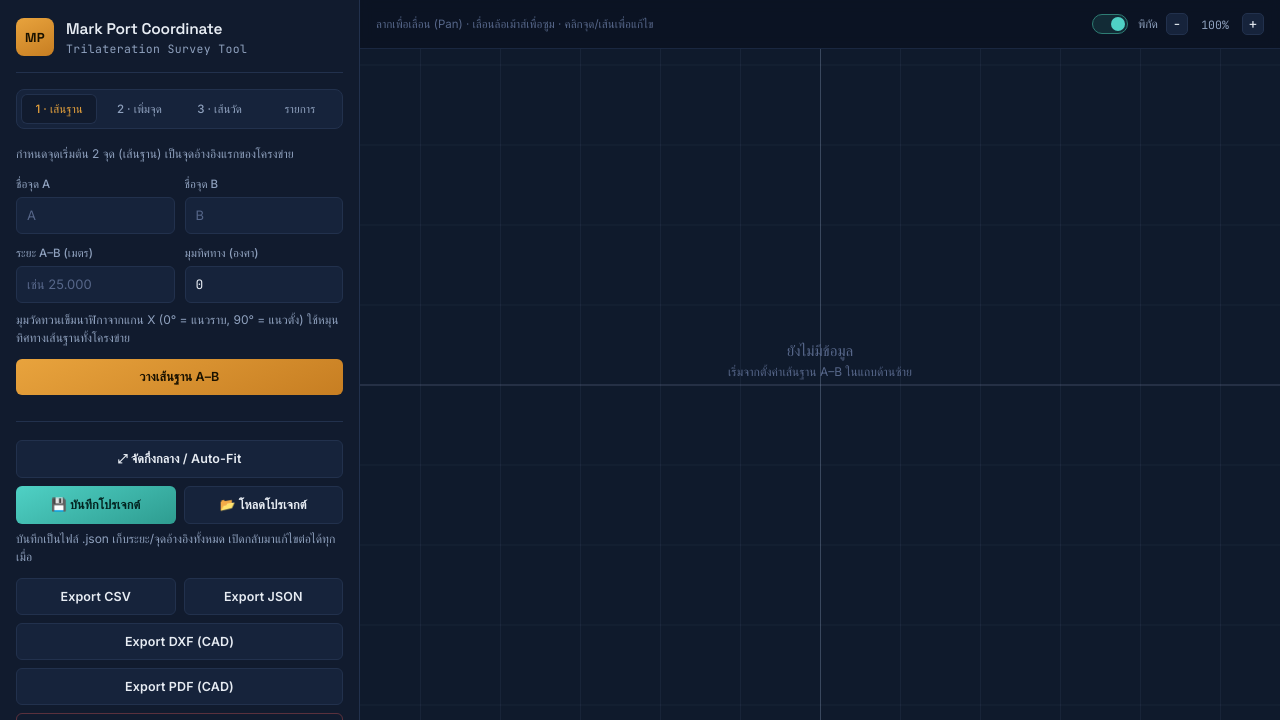
Repository: Artimis2nd/Area
Page: index.html
These files come from the project's save history. The page is drawn as it stood at one moment and after the next save; the edit follows.
The browser window is 1280 px wide. The pictures show the whole page.

Above is the page before, as saved 2026-08-18 16:42:47.

### index.html
<!DOCTYPE html>
<html lang="th">
<head>
<meta charset="UTF-8" />
<meta name="viewport" content="width=device-width, initial-scale=1.0" />
<title>Mark Port Coordinate — Trilateration Survey Tool</title>

<!-- Fonts: Space Grotesk (labels/headings), Inter (UI body), JetBrains Mono (coordinate/data readout) -->
<link rel="preconnect" href="https://fonts.googleapis.com">
<link rel="preconnect" href="https://fonts.gstatic.com" crossorigin>
<link href="https://fonts.googleapis.com/css2?family=Space+Grotesk:wght@500;600;700&family=Inter:wght@400;500;600&family=JetBrains+Mono:wght@400;500;600;700&display=swap" rel="stylesheet">

<link rel="stylesheet" href="css/style.css" />
</head>
<body>

<div class="app">

  <!-- ========================= SIDEBAR ========================= -->
  <aside class="sidebar">

    <header class="brand">
      <div class="brand__mark">MP</div>
      <div class="brand__text">
        <h1>Mark Port Coordinate</h1>
        <p>Trilateration Survey Tool</p>
      </div>
    </header>

    <!-- ---- Tabs ---- -->
    <nav class="tabs" id="tabs">
      <button class="tab is-active" data-tab="setup">1 · เส้นฐาน</button>
      <button class="tab" data-tab="add">2 · เพิ่มจุด</button>
      <button class="tab" data-tab="line">3 · เส้นวัด</button>
      <button class="tab" data-tab="table">รายการ</button>
    </nav>

    <!-- ---- Panel: Step 1 Base line ---- -->
    <section class="panel is-active" data-panel="setup">
      <p class="panel__hint">กำหนดจุดเริ่มต้น 2 จุด (เส้นฐาน) เป็นจุดอ้างอิงแรกของโครงข่าย</p>

      <form id="formBase" class="form">
        <div class="field-row">
          <label class="field">
            <span>ชื่อจุด A</span>
            <input type="text" id="baseNameA" placeholder="A" maxlength="12">
          </label>
          <label class="field">
            <span>ชื่อจุด B</span>
            <input type="text" id="baseNameB" placeholder="B" maxlength="12">
          </label>
        </div>
        <div class="field-row">
          <label class="field">
            <span>ระยะ A–B (เมตร)</span>
            <input type="number" id="baseLength" step="any" min="0.001" placeholder="เช่น 25.000" required>
          </label>
          <label class="field">
            <span>มุมทิศทาง (องศา)</span>
            <input type="number" id="baseAngle" step="any" value="0" placeholder="0 = แนวแกน X">
          </label>
        </div>
        <p class="panel__hint" style="margin:-4px 0 0;">มุมวัดทวนเข็มนาฬิกาจากแกน X (0° = แนวราบ, 90° = แนวตั้ง) ใช้หมุนทิศทางเส้นฐานทั้งโครงข่าย</p>
        <button type="submit" class="btn btn--primary">วางเส้นฐาน A–B</button>
        <p class="form__msg" id="baseMsg"></p>
      </form>
    </section>

    <!-- ---- Panel: Step 2 Add point by trilateration ---- -->
    <section class="panel" data-panel="add">
      <p class="panel__hint">เลือกจุดอ้างอิง 2 จุดที่มีอยู่แล้ว แล้วกรอกระยะจากแต่ละจุดไปยังจุดใหม่ — <strong>เคล็ดลับ:</strong> อยู่แท็บนี้แล้วคลิกเส้นบน Canvas หรือในตาราง จะตั้งจุดอ้างอิงให้อัตโนมัติ ไม่ต้องเลือกจากดรอปดาวน์เอง</p>

      <form id="formAdd" class="form">
        <div class="field-row">
          <label class="field">
            <span>จุดอ้างอิงที่ 1</span>
            <select id="refA" required></select>
          </label>
          <label class="field">
            <span>จุดอ้างอิงที่ 2</span>
            <select id="refB" required></select>
          </label>
        </div>

        <div class="field-row">
          <label class="field">
            <span>ระยะจากจุดอ้างอิง 1 (ม.)</span>
            <input type="number" id="distA" step="any" min="0.001" required>
          </label>
          <label class="field">
            <span>ระยะจากจุดอ้างอิง 2 (ม.)</span>
            <input type="number" id="distB" step="any" min="0.001" required>
          </label>
        </div>

        <label class="field">
          <span>ชื่อจุดใหม่ <em>(เว้นว่าง = รันอัตโนมัติ)</em></span>
          <input type="text" id="newName" placeholder="อัตโนมัติ" maxlength="12">
        </label>

        <label class="switch">
          <input type="checkbox" id="flipSide">
          <span class="switch__track"><span class="switch__thumb"></span></span>
          <span class="switch__label">Flip Side (สลับด้านของจุดตัดวงกลม)</span>
        </label>

        <button type="submit" class="btn btn--accent">+ เพิ่มจุดใหม่</button>
        <p class="form__msg" id="addMsg"></p>
      </form>
    </section>

    <!-- ---- Panel: Step 3 Closure / measure line ---- -->
    <section class="panel" data-panel="line">
      <p class="panel__hint">
        เลือก <strong>เส้นที่ต่อกัน 2 เส้น</strong> (มีจุดร่วม 1 จุด) หรือเลือกจุด 2 จุดตรง ๆ —
        จะได้เส้นพร้อมความยาวคำนวณจากพิกัดจริงโดยอัตโนมัติ <em>ไม่ต้องกรอกความยาว</em>
      </p>

      <div class="measure-mode">
        <button type="button" class="btn btn--ghost is-active" data-measure-mode="edge">จาก 2 เส้น</button>
        <button type="button" class="btn btn--ghost" data-measure-mode="point">จาก 2 จุด</button>
      </div>

      <form id="formClosure" class="form measure-form" data-form="edge">
        <div class="field-row">
          <label class="field">
            <span>เส้นที่ 1</span>
            <select id="clEdgeA" required></select>
          </label>
          <label class="field">
            <span>เส้นที่ 2</span>
            <select id="clEdgeB" required></select>
          </label>
        </div>
        <p class="panel__hint" style="margin:0;">💡 หรือ คลิกเส้น 2 เส้นบนหน้าจอ — จะเติมเข้า "เส้นที่ 1/2" ให้อัตโนมัติ</p>
        <button type="submit" class="btn btn--accent">+ สร้างเส้นที่ 3 (หาจุดร่วมเอง)</button>
        <p class="form__msg" id="closureMsg"></p>
      </form>

      <form id="formMeasurePt" class="form measure-form" data-form="point" style="display:none;">
        <div class="field-row">
          <label class="field">
            <span>จุดที่ 1</span>
            <select id="clPointA" required></select>
          </label>
          <label class="field">
            <span>จุดที่ 2</span>
            <select id="clPointB" required></select>
          </label>
        </div>
        <p class="panel__hint" style="margin:0;">💡 หรือ คลิกจุด 2 จุดบนหน้าจอ — จะเติมเข้า "จุดที่ 1/2" ให้อัตโนมัติ</p>
        <button type="submit" class="btn btn--accent">+ เพิ่มเส้นวัด (จาก 2 จุด)</button>
        <p class="form__msg" id="measurePtMsg"></p>
      </form>
    </section>

    <!-- ---- Panel: Table of points & edges ---- -->
    <section class="panel" data-panel="table">
      <div class="table-head">
        <h3>จุด (Points)</h3>
        <span class="count" id="pointCount">0</span>
      </div>
      <div class="table-wrap">
        <table class="data-table" id="pointsTable">
          <thead>
            <tr><th>ชื่อ</th><th>X</th><th>Y</th><th></th></tr>
          </thead>
          <tbody></tbody>
        </table>
      </div>

      <div class="table-head">
        <h3>เส้น (Edges)</h3>
        <span class="count" id="edgeCount">0</span>
      </div>
      <div class="table-wrap">
        <table class="data-table" id="edgesTable">
          <thead>
            <tr><th>เส้น</th><th>ระยะ (ม.)</th><th></th></tr>
          </thead>
          <tbody></tbody>
        </table>
      </div>
    </section>

    <!-- ---- Export & utility actions ---- -->
    <section class="actions">
      <button class="btn btn--ghost" id="btnFit">⤢ จัดกึ่งกลาง / Auto-Fit</button>

      <div class="actions__row">
        <button class="btn btn--accent" id="btnSaveProject">💾 บันทึกโปรเจกต์</button>
        <button class="btn btn--ghost" id="btnLoadProject">📂 โหลดโปรเจกต์</button>
      </div>
      <input type="file" id="fileLoadProject" accept=".json,application/json" style="display:none;">
      <p class="panel__hint" style="margin:-2px 0 4px;">บันทึกเป็นไฟล์ .json เก็บระยะ/จุดอ้างอิงทั้งหมด เปิดกลับมาแก้ไขต่อได้ทุกเมื่อ</p>

      <div class="actions__row">
        <button class="btn btn--ghost" id="btnExportCsv">Export CSV</button>
        <button class="btn btn--ghost" id="btnExportJson">Export JSON</button>
      </div>
      <button class="btn btn--ghost" id="btnExportDxf">Export DXF (CAD)</button>
      <button class="btn btn--ghost" id="btnExportPdf">Export PDF (CAD)</button>
      <button class="btn btn--danger-ghost" id="btnReset">ล้างข้อมูลทั้งหมด</button>
    </section>

  </aside>

  <!-- ========================= CANVAS STAGE ========================= -->
  <main class="stage">
    <div class="stage__toolbar">
      <span class="stage__tip">ลากเพื่อเลื่อน (Pan) · เลื่อนล้อเม้าส์เพื่อซูม · คลิกจุด/เส้นเพื่อแก้ไข</span>
      <div class="stage__zoom">
        <label class="switch switch--toolbar" title="แสดง/ซ่อนตัวเลขพิกัดบนหน้าจอ">
          <input type="checkbox" id="toggleCoords" checked>
          <span class="switch__track"><span class="switch__thumb"></span></span>
          <span class="switch__label">พิกัด</span>
        </label>
        <button id="zoomOut" aria-label="ซูมออก">−</button>
        <span id="zoomLevel">100%</span>
        <button id="zoomIn" aria-label="ซูมเข้า">+</button>
      </div>
    </div>
    <canvas id="canvas"></canvas>
    <div class="stage__empty" id="stageEmpty">
      <p>ยังไม่มีข้อมูล</p>
      <p class="stage__empty-sub">เริ่มจากตั้งค่าเส้นฐาน A–B ในแถบด้านซ้าย</p>
    </div>
  </main>

</div>

<!-- ========================= EDIT MODAL ========================= -->
<div class="modal-backdrop" id="modalBackdrop">
  <div class="modal" id="editModal">
    <div class="modal__head">
      <h3 id="modalTitle">แก้ไขจุด</h3>
      <button class="modal__close" id="modalClose" aria-label="ปิด">×</button>
    </div>
    <div class="modal__body" id="modalBody"><!-- populated by app.js --></div>
    <div class="modal__foot">
      <button class="btn btn--danger-ghost" id="modalDelete">ลบ</button>
      <div class="modal__foot-right">
        <button class="btn btn--ghost" id="modalCancel">ยกเลิก</button>
        <button class="btn btn--primary" id="modalSave">บันทึก</button>
      </div>
    </div>
  </div>
</div>

<div class="toast" id="toast"></div>

<script src="js/engine.js"></script>
<script src="js/renderer.js"></script>
<script src="js/dxf.js"></script>
<script src="js/pdf.js"></script>
<script src="js/app.js"></script>
</body>
</html>

Loaded but not shown: js/app.js (915 lines, source omitted); js/engine.js (706 lines, source omitted); js/renderer.js (436 lines, source omitted); js/pdf.js (194 lines, source omitted); js/dxf.js (149 lines, source omitted); css/style.css (588 lines, source omitted)

After the next save:
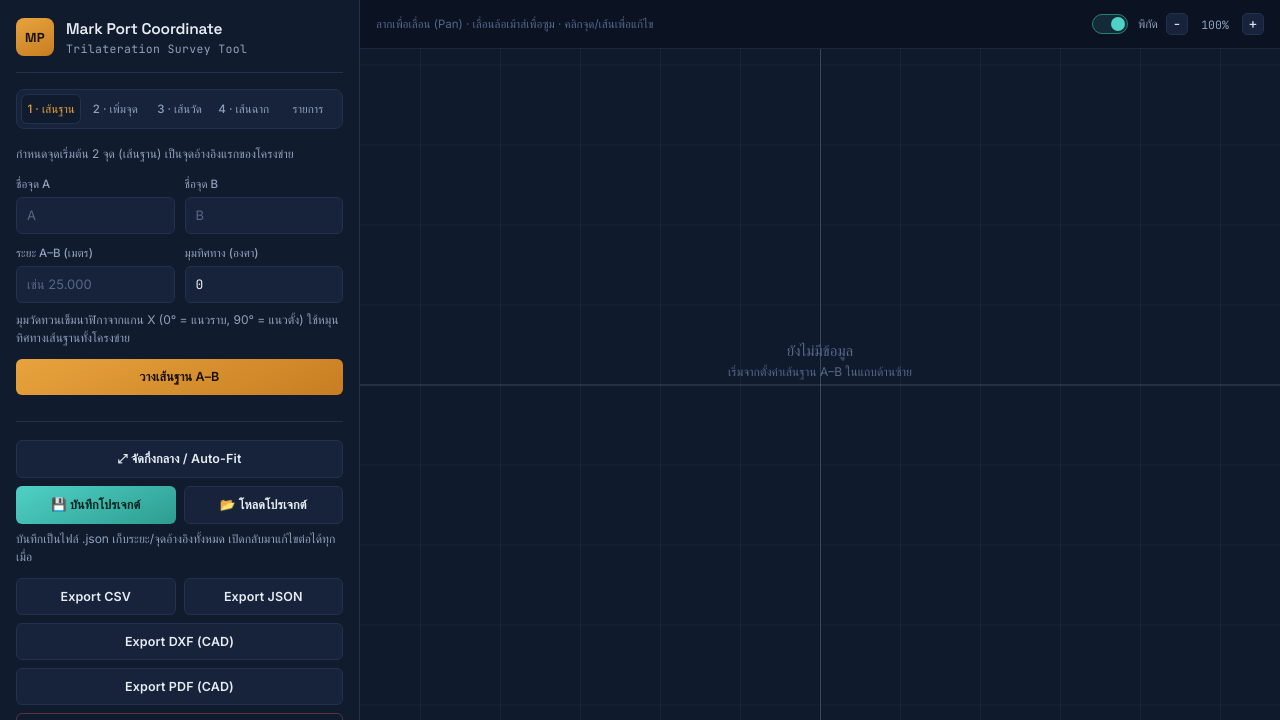
Saved 10 min 39 s later.
--- a/index.html
+++ b/index.html
@@ -32,6 +32,7 @@
       <button class="tab is-active" data-tab="setup">1 · เส้นฐาน</button>
       <button class="tab" data-tab="add">2 · เพิ่มจุด</button>
       <button class="tab" data-tab="line">3 · เส้นวัด</button>
+      <button class="tab" data-tab="offset">4 · เส้นฉาก</button>
       <button class="tab" data-tab="table">รายการ</button>
     </nav>
 
@@ -152,6 +153,47 @@
         <button type="submit" class="btn btn--accent">+ เพิ่มเส้นวัด (จาก 2 จุด)</button>
         <p class="form__msg" id="measurePtMsg"></p>
       </form>
+    </section>
+
+    <!-- ---- Panel: Step 4 Right-angle offset ---- -->
+    <section class="panel" data-panel="offset">
+      <p class="panel__hint">สร้างจุดใหม่โดยการลากเส้นตั้งฉาก 90° จากปลายเส้นที่มีอยู่แล้ว</p>
+
+      <form id="formOffset" class="form">
+        <div class="field-row">
+          <label class="field">
+            <span>จุดปลายเส้นฐาน (C)</span>
+            <select id="offsetRefC" required></select>
+          </label>
+          <label class="field">
+            <span>จุดมุมฉาก 90° (E)</span>
+            <select id="offsetRefE" required></select>
+          </label>
+        </div>
+        <p class="panel__hint" style="margin:0;">จะสร้างเส้นตั้งฉากกับเส้น C–E ที่จุด E</p>
+
+        <label class="field">
+          <span>ระยะตั้งฉาก E–F (เมตร)</span>
+          <input type="number" id="offsetLen" step="any" min="0.001" required>
+        </label>
+
+        <label class="field">
+          <span>ชื่อจุดใหม่ F <em>(เว้นว่าง = รันอัตโนมัติ)</em></span>
+          <input type="text" id="offsetNewName" placeholder="อัตโนมัติ" maxlength="12">
+        </label>
+
+        <label class="switch">
+          <input type="checkbox" id="offsetFlip">
+          <span class="switch__track"><span class="switch__thumb"></span></span>
+          <span class="switch__label">Flip Side (สลับด้านของเส้นตั้งฉาก)</span>
+        </label>
+
+        <button type="submit" class="btn btn--accent">+ สร้างจุดมุมฉาก</button>
+        <p class="form__msg" id="offsetMsg"></p>
+      </form>
+      <p class="panel__hint" style="margin-top:12px;">
+        โปรแกรมจะสร้างจุด F, เส้นตั้งฉาก E–F, และเส้นปิด C–F (ด้านตรงข้ามมุมฉาก) ให้โดยอัตโนมัติ
+      </p>
     </section>
 
     <!-- ---- Panel: Table of points & edges ---- -->
